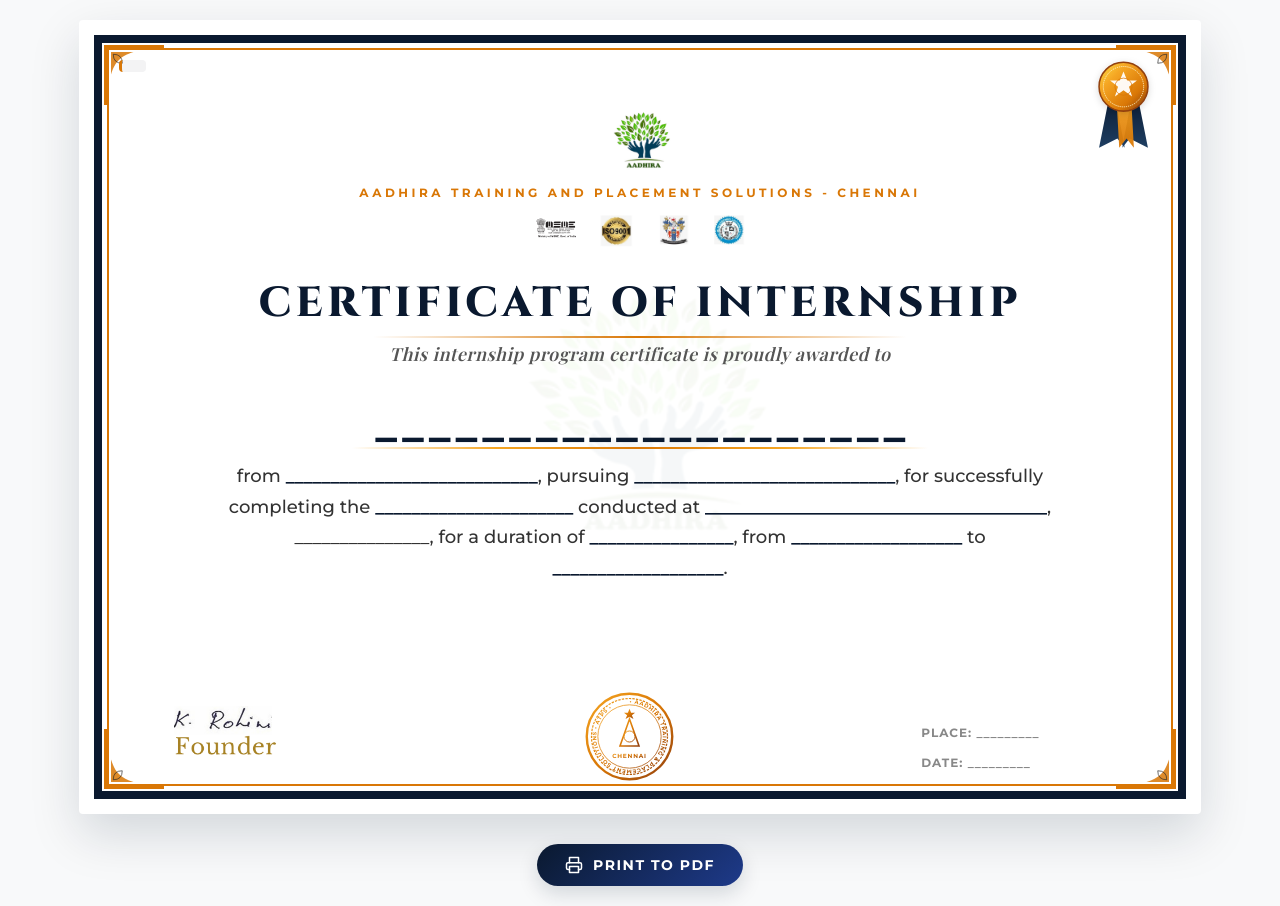
Repository: vimalRaj45/AADHIRA
Page: empt.html
These files come from the project's save history. The page is drawn as it stood at one moment and after the next save; the edit follows.
The browser window is 1280 px wide. The pictures show the whole page.
Some web fonts or font styles are not loaded; a fallback is used.

Above is the page before, as saved 2026-05-20 20:26:05.

### empt.html
<!DOCTYPE html>
<html lang="en">
<head>
  <meta charset="UTF-8">
  <meta name="viewport" content="width=device-width, initial-scale=1.0">
  <title>Certificate of Internship</title>

  <!-- Google Fonts for high-end look -->
  <link rel="preconnect" href="https://fonts.googleapis.com">
  <link rel="preconnect" href="https://fonts.gstatic.com" crossorigin>
  <link href="https://fonts.googleapis.com/css2?family=Cinzel:wght@600;700;800&family=Great+Vibes&family=Montserrat:wght@400;500;600;700&family=Playfair+Display:ital,wght@0,600;0,700;1,500;1,600&family=Alex+Brush&family=Mrs+Saint+Delafield&display=swap" rel="stylesheet">

  <!-- qrcode.js CDN -->
  <script src="https://cdnjs.cloudflare.com/ajax/libs/qrcodejs/1.0.0/qrcode.min.js"></script>

  <style>
    /* Styling for Screen Preview */
    :root {
      --navy: #0A192F;
      --gold: #D97706;
      --gold-light: #F5A623;
      --accent: #E07A5F;
      --bg: #F8F9FA;
      --paper: #FFFFFF;
    }

    * {
      box-sizing: border-box;
      margin: 0;
      padding: 0;
    }

    body {
      background-color: var(--bg);
      font-family: 'Montserrat', sans-serif;
      display: flex;
      flex-direction: column;
      align-items: center;
      justify-content: center;
      min-height: 100vh;
      padding: 20px;
    }

    /* Fixed Landscape A4 Dimensions for Preview */
    .cert-container {
      width: 297mm;
      height: 210mm;
      background: var(--paper);
      position: relative;
      overflow: hidden;
      box-shadow: 0 20px 50px rgba(10, 25, 47, 0.15);
      border-radius: 4px;
      display: flex;
      flex-direction: column;
      justify-content: space-between;
      padding: 40px;
    }

    /* Outer Borders */
    .border-outer {
      position: absolute;
      top: 15px;
      left: 15px;
      right: 15px;
      bottom: 15px;
      border: 8px solid var(--navy);
      pointer-events: none;
    }

    .border-inner {
      position: absolute;
      top: 28px;
      left: 28px;
      right: 28px;
      bottom: 28px;
      border: 2px solid var(--gold);
      pointer-events: none;
    }

    /* Border Corner Decorations */
    .corner-dec {
      position: absolute;
      width: 60px;
      height: 60px;
      border: 3px solid var(--gold);
      pointer-events: none;
    }

    .corner-tl {
      top: 25px;
      left: 25px;
      border-right: none;
      border-bottom: none;
    }

    .corner-tr {
      top: 25px;
      right: 25px;
      border-left: none;
      border-bottom: none;
    }

    .corner-bl {
      bottom: 25px;
      left: 25px;
      border-right: none;
      border-top: none;
    }

    .corner-br {
      bottom: 25px;
      right: 25px;
      border-left: none;
      border-top: none;
    }

    /* Decorative Corner SVG Accents */
    .corner-svg {
      position: absolute;
      width: 45px;
      height: 45px;
      fill: var(--gold);
      opacity: 0.85;
    }
    .svg-tl { top: 32px; left: 32px; }
    .svg-tr { top: 32px; right: 32px; transform: rotate(90deg); }
    .svg-bl { bottom: 32px; left: 32px; transform: rotate(-90deg); }
    .svg-br { bottom: 32px; right: 32px; transform: rotate(180deg); }

    /* Watermark background using your real corporate Aadhira Tree logo */
    .watermark {
      position: absolute;
      top: 50%;
      left: 50%;
      transform: translate(-50%, -50%);
      width: 340px;
      height: 340px;
      pointer-events: none;
      z-index: 1;
      opacity: 0.04;
      background-image: url('logos.png');
      background-size: 400% 100%;
      background-position: 0% 0%;
      background-repeat: no-repeat;
    }

    /* Header Layout */
    .header {
      display: flex;
      justify-content: center; /* PERFECT CENTER */
      align-items: center;
      z-index: 2;
      position: relative;
      width: 100%;
      height: 110px;
    }

    .cert-id {
      position: absolute;
      left: 0;
      top: 0;
      font-size: 14px;
      color: var(--navy);
      font-weight: 700;
      letter-spacing: 1.5px;
      background: rgba(10, 25, 47, 0.05);
      padding: 6px 12px;
      border-radius: 4px;
      border-left: 3px solid var(--gold);
    }

    .header-branding {
      display: flex;
      flex-direction: column;
      align-items: center;
      text-align: center;
    }

    /* Brand Logo & Accreditations Sprites */
    .logo-sprite {
      background-image: url('logos.png');
      background-size: 400% 100%;
      background-repeat: no-repeat;
      display: inline-block;
      mix-blend-mode: multiply;
    }

    .logo-aadhira {
      background-position: 0% 0%;
      width: 80px;
      height: 80px;
      margin-top: 120px;
      margin-bottom: 2px;
    }

    .company-subtitle {
      font-size: 12px;
      color: var(--gold);
      font-weight: 700;
      text-transform: uppercase;
      letter-spacing: 3.5px;
      margin-top: 2px;
      margin-bottom: 6px;
    }

    /* Center-Aligned Accreditation Badges */
    .accreditations {
      display: flex;
      gap: 12px;
      justify-content: center;
      align-items: center;
    }

    .logo-iso {
      background-position: 33.33% 0%;
      width: 44px;
      height: 44px;
    }

    .logo-arms {
      background-position: 66.66% 0%;
      width: 44px;
      height: 44px;
    }

    .logo-uk {
      background-position: 100% 0%;
      width: 44px;
      height: 44px;
    }

    .logo-msme {
      height: 44px;
      mix-blend-mode: multiply;
      object-fit: contain;
    }

    .medal-container {
      position: absolute;
      right: 0;
      top: -10px;
      width: 80px;
      height: 100px;
      display: flex;
      justify-content: flex-end;
    }

    /* Body/Content Layout */
    .content {
      text-align: center;
      z-index: 2;
      position: relative;
      margin-top: 5px;
      margin-bottom: 5px;
    }

    .title {
      font-family: 'Cinzel', serif;
      font-size: 42px;
      font-weight: 800;
      color: var(--navy);
      letter-spacing: 4px;
      margin-bottom: 10px;
      position: relative;
      display: inline-block;
    }

    .title::after {
      content: '';
      position: absolute;
      bottom: -6px;
      left: 15%;
      width: 70%;
      height: 2px;
      background: linear-gradient(90deg, transparent, var(--gold), transparent);
    }

    .subtitle {
      font-family: 'Playfair Display', serif;
      font-size: 18px;
      font-style: italic;
      color: #555;
      margin-bottom: 20px;
      letter-spacing: 0.5px;
    }

    .recipient-name {
      font-family: 'Playfair Display', serif;
      font-size: 44px;
      font-weight: 700;
      color: var(--navy);
      margin-bottom: 16px;
      display: inline-block;
      position: relative;
      padding: 0 20px;
    }

    .recipient-name::after {
      content: '';
      position: absolute;
      bottom: -4px;
      left: 0;
      width: 100%;
      height: 2.2px;
      background: linear-gradient(90deg, transparent, var(--gold-light), var(--gold), var(--gold-light), transparent);
    }

    .achievement-text {
      font-family: 'Montserrat', sans-serif;
      font-size: 18px;
      color: #333;
      line-height: 1.7;
      max-width: 860px;
      margin: 0 auto;
      font-weight: 500;
    }

    .highlight {
      font-weight: 700;
      color: var(--navy);
    }

    /* Bottom Section Layout */
    .footer {
      display: flex;
      justify-content: space-between;
      align-items: flex-end;
      z-index: 2;
      position: relative;
    }

    .signatory-block {
      width: 220px;
      text-align: center;
    }

    .signature-container {
      height: 60px;
      display: flex;
      align-items: flex-end;
      justify-content: center;
      margin-bottom: 8px;
    }

    /* Handwritten signature image displaying K. Rohini nicely overlayed */
    .signature-img {
      max-width: 150px;
      max-height: 60px;
      object-fit: contain;
      mix-blend-mode: multiply; /* Blends background color out */
    }

    .sign-line {
      border-top: 1.5px solid rgba(10, 25, 47, 0.3);
      padding-top: 6px;
    }

    .sign-name {
      font-size: 14px;
      font-weight: 700;
      color: var(--navy);
      text-transform: uppercase;
      letter-spacing: 1px;
    }

    .sign-designation {
      font-size: 12px;
      color: #666;
      margin-top: 2px;
      font-weight: 500;
    }

    .seal-block {
      width: 140px;
      display: flex;
      flex-direction: column;
      align-items: center;
      justify-content: center;
      margin-bottom: -10px;
    }

    .verification-block {
      display: flex;
      align-items: flex-end;
      gap: 15px;
      width: 240px;
    }

    .verification-details {
      text-align: left;
    }

    .verif-label {
      font-size: 10px;
      font-weight: 700;
      color: var(--navy);
      text-transform: uppercase;
      letter-spacing: 1px;
      margin-bottom: 4px;
    }

    .verif-link {
      font-size: 10px;
      color: #666;
      text-decoration: none;
      word-break: break-all;
      font-family: monospace;
      font-weight: 500;
      line-height: 1.3;
      display: block;
      max-width: 150px;
    }

    .verif-link:hover {
      color: var(--gold);
    }

    .qrcode-container {
      background: white;
      padding: 6px;
      border: 1px solid rgba(10, 25, 47, 0.12);
      border-radius: 4px;
      box-shadow: 0 4px 10px rgba(0,0,0,0.05);
      display: flex;
      align-items: center;
      justify-content: center;
    }

    /* Print & Floating Controls */
    .controls {
      margin-top: 30px;
      display: flex;
      gap: 15px;
      z-index: 10;
    }

    .btn {
      padding: 12px 28px;
      font-family: 'Montserrat', sans-serif;
      font-size: 14px;
      font-weight: 700;
      text-transform: uppercase;
      letter-spacing: 1.5px;
      border: none;
      border-radius: 50px;
      cursor: pointer;
      box-shadow: 0 8px 20px rgba(10, 25, 47, 0.15);
      transition: all 0.3s ease;
      display: flex;
      align-items: center;
      gap: 10px;
      text-decoration: none;
    }

    .btn-print {
      background: linear-gradient(135deg, var(--navy), #1E3A8A);
      color: white;
    }

    .btn-print:hover {
      transform: translateY(-2px);
      box-shadow: 0 12px 25px rgba(10, 25, 47, 0.25);
    }

    /* Print styling rules */
    @media print {
      body {
        background: none;
        padding: 0;
        margin: 0;
        width: 297mm;
        height: 210mm;
      }

      .cert-container {
        width: 297mm;
        height: 210mm;
        box-shadow: none;
        border-radius: 0;
        position: absolute;
        top: 0;
        left: 0;
        margin: 0;
        padding: 40px;
        page-break-after: always;
        -webkit-print-color-adjust: exact;
        print-color-adjust: exact;
      }

      .no-print {
        display: none !important;
      }
    }

    @page {
      size: A4 landscape;
      margin: 0;
    }
  </style>
</head>
<body>

  <!-- Certificate Container -->
  <div class="cert-container">

    <!-- Borders -->
    <div class="border-outer"></div>
    <div class="border-inner"></div>

    <!-- Corner Decorative Lines -->
    <div class="corner-dec corner-tl"></div>
    <div class="corner-dec corner-tr"></div>
    <div class="corner-dec corner-bl"></div>
    <div class="corner-dec corner-br"></div>

    <!-- Corner Decorative SVGs -->
    <svg class="corner-svg svg-tl" viewBox="0 0 100 100">
      <path d="M 0,0 L 50,0 C 20,10 10,20 0,50 Z" />
      <circle cx="15" cy="15" r="4" />
      <path d="M 5,5 Q 25,5 25,25 Q 5,25 5,5" fill="none" stroke="currentColor" stroke-width="1.5"/>
    </svg>
    <svg class="corner-svg svg-tr" viewBox="0 0 100 100">
      <path d="M 0,0 L 50,0 C 20,10 10,20 0,50 Z" />
      <circle cx="15" cy="15" r="4" />
      <path d="M 5,5 Q 25,5 25,25 Q 5,25 5,5" fill="none" stroke="currentColor" stroke-width="1.5"/>
    </svg>
    <svg class="corner-svg svg-bl" viewBox="0 0 100 100">
      <path d="M 0,0 L 50,0 C 20,10 10,20 0,50 Z" />
      <circle cx="15" cy="15" r="4" />
      <path d="M 5,5 Q 25,5 25,25 Q 5,25 5,5" fill="none" stroke="currentColor" stroke-width="1.5"/>
    </svg>
    <svg class="corner-svg svg-br" viewBox="0 0 100 100">
      <path d="M 0,0 L 50,0 C 20,10 10,20 0,50 Z" />
      <circle cx="15" cy="15" r="4" />
      <path d="M 5,5 Q 25,5 25,25 Q 5,25 5,5" fill="none" stroke="currentColor" stroke-width="1.5"/>
    </svg>

    <!-- Watermark Background using corporate Aadhira Tree logo -->
    <div class="watermark"></div>

    <!-- Top Header -->
    <div class="header">
      <div class="cert-id"></div>

      <div class="header-branding">
        <!-- Render your corporate Aadhira Tree logo via sprite -->
        <div class="logo-sprite logo-aadhira"></div>
        <div class="company-subtitle">AADHIRA TRAINING AND PLACEMENT SOLUTIONS - CHENNAI</div>

        <!-- Accreditation badges horizontally aligned -->
        <div class="accreditations">
          <img src="ministry-of-micro-small-and-medium-enterprises-logo-png.png" class="logo-msme" title="MSME Certified" alt="MSME Logo">
          <div class="logo-sprite logo-iso" title="ISO 9001:2015 Certified"></div>
          <div class="logo-sprite logo-arms" title="International Standards Certified"></div>
          <div class="logo-sprite logo-uk" title="Euro UK Accreditation Licensed"></div>
        </div>
      </div>

      <!-- Gold Medal Ribbon -->
      <div class="medal-container">
        <svg viewBox="0 0 120 180" width="75" height="110">
          <defs>
            <linearGradient id="goldGrad" x1="0%" y1="0%" x2="100%" y2="100%">
              <stop offset="0%" stop-color="#FDE047"/>
              <stop offset="30%" stop-color="#F5A623"/>
              <stop offset="70%" stop-color="#D97706"/>
              <stop offset="100%" stop-color="#78350F"/>
            </linearGradient>
            <linearGradient id="ribbonGrad1" x1="0%" y1="0%" x2="0%" y2="100%">
              <stop offset="0%" stop-color="#0A192F"/>
              <stop offset="100%" stop-color="#1E3E62"/>
            </linearGradient>
            <linearGradient id="ribbonGrad2" x1="0%" y1="0%" x2="0%" y2="100%">
              <stop offset="0%" stop-color="#F5A623"/>
              <stop offset="100%" stop-color="#D97706"/>
            </linearGradient>
          </defs>
          <!-- Ribbons -->
          <path d="M38 70 L20 160 L50 145 L62 160 L45 70" fill="url(#ribbonGrad1)"/>
          <path d="M82 70 L100 160 L70 145 L58 160 L75 70" fill="url(#ribbonGrad1)"/>
          <path d="M48 70 L53 160 L65 145 L77 160 L72 70" fill="url(#ribbonGrad2)" opacity="0.95"/>
          <!-- Medal Outer -->
          <circle cx="60" cy="60" r="40" fill="url(#goldGrad)" stroke="#92400E" stroke-width="2.5" filter="drop-shadow(0 3px 6px rgba(0,0,0,0.15))"/>
          <!-- Medal Ridges -->
          <circle cx="60" cy="60" r="33" fill="none" stroke="#FEF3C7" stroke-width="1.5" stroke-dasharray="2 1.5"/>
          <!-- Medal Emblem -->
          <polygon points="60,35 66,50 82,50 69,60 74,76 60,66 46,76 51,60 38,50 54,50" fill="#FFF" opacity="0.95"/>
          <circle cx="60" cy="60" r="14" fill="none" stroke="#D97706" stroke-width="1.2"/>
        </svg>
      </div>
    </div>

    <!-- Main Content Area -->
    <div class="content">
      <h1 class="title">CERTIFICATE OF INTERNSHIP</h1>
      <p class="subtitle">This internship program certificate is proudly awarded to</p>

      <div class="recipient-name">____________________</div>

      <p class="achievement-text">
        from <span class="highlight">____________________________</span>, pursuing <span class="highlight">_____________________________</span>,
        for successfully completing the <span class="highlight">______________________</span>
        conducted at <span class="highlight">______________________________________</span>,
        _______________, for a duration of <span class="highlight">________________</span>,
        from <span class="highlight">___________________</span> to <span class="highlight">___________________</span>.
      </p>
    </div>

    <!-- Bottom Footer Section -->
    <div class="footer">

      <!-- Signature Block -->
      <div class="signatory-block">
        <div class="signature-container">
          <!-- Render your brand's handwritten signature image -->
          <img src="signature.png" class="signature-img" alt="Signature of K. Rohini">
        </div>
      </div>

      <!-- Company Seal -->
      <div class="seal-block">
        <svg viewBox="0 0 120 120" width="95" height="95">
          <defs>
            <linearGradient id="sealGrad" x1="0%" y1="0%" x2="100%" y2="100%">
              <stop offset="0%" stop-color="#F5A623"/>
              <stop offset="50%" stop-color="#D97706"/>
              <stop offset="100%" stop-color="#92400E"/>
            </linearGradient>
          </defs>
          <circle cx="60" cy="60" r="54" fill="none" stroke="url(#sealGrad)" stroke-width="3"/>
          <circle cx="60" cy="60" r="48" fill="none" stroke="url(#sealGrad)" stroke-width="1.5" stroke-dasharray="3 1.5"/>
          <circle cx="60" cy="60" r="40" fill="none" stroke="url(#sealGrad)" stroke-width="1"/>

          <!-- Curved text using SVG path -->
          <path id="sealTextPath-1" d="M60 18 A42 42 0 0 1 102 60 A42 42 0 0 1 60 102 A42 42 0 0 1 18 60 A42 42 0 0 1 60 18 Z" fill="none"/>
          <text fill="url(#sealGrad)" font-family="'Montserrat', sans-serif" font-size="6.8" font-weight="700" letter-spacing="0.8">
            <textPath href="#sealTextPath-1" startOffset="0%">• AADHIRA TRAINING & PLACEMENT SOLUTIONS • ATPS •</textPath>
          </text>

          <!-- Star and Seal Center Logo -->
          <path d="M60 38 L72 72 L48 72 Z" fill="none" stroke="url(#sealGrad)" stroke-width="2"/>
          <circle cx="60" cy="60" r="7" fill="none" stroke="url(#sealGrad)" stroke-width="1.2"/>
          <path d="M60 25 L62 30 L67 30 L63 33 L65 38 L60 35 L55 38 L57 33 L53 30 L58 30 Z" fill="url(#sealGrad)"/>
          <text x="60" y="87" text-anchor="middle" fill="url(#sealGrad)" font-family="'Montserrat', sans-serif" font-size="7.5" font-weight="800" letter-spacing="1">CHENNAI</text>
        </svg>
      </div>

      <!-- Verification QR & Details -->
      <div class="verification-block">
        <div class="verification-details">
             <div class="verif-label" style="margin-top: 12px; font-size: 12px; color: #888; margin-bottom: 15px;">Place: _________</div>
             <div class="verif-label" style="font-size: 12px; color: #888;">Date: _________</div>
        </div>
      </div>

    </div>

  </div>

  <!-- Print Button (Hidden on Print) -->
  <div class="controls no-print">
    <button class="btn btn-print" onclick="window.print()">
      <svg width="18" height="18" viewBox="0 0 24 24" fill="none" stroke="currentColor" stroke-width="2" stroke-linecap="round" stroke-linejoin="round">
        <polyline points="6 9 6 2 18 2 18 9"></polyline>
        <path d="M6 18H4a2 2 0 0 1-2-2v-5a2 2 0 0 1 2-2h16a2 2 0 0 1 2 2v5a2 2 0 0 1-2 2h-2"></path>
        <rect x="6" y="14" width="12" height="8"></rect>
      </svg>
      Print to PDF
    </button>
  </div>

  <!-- Dynamic QR Code Script -->
  <script>
    document.addEventListener("DOMContentLoaded", function() {
      const qrcodeEl = document.getElementById("qrcode-1");
      if (qrcodeEl) {
        new QRCode(qrcodeEl, {
          text: "https://aadhira.onrender.com/verify?cert=ATPS/2026/000001",
          width: 60,
          height: 60,
          colorDark : "#0A192F",
          colorLight : "#FFFFFF",
          correctLevel : QRCode.CorrectLevel.H
        });
      }
    });
  </script>

</body>
</html>

After the next save:
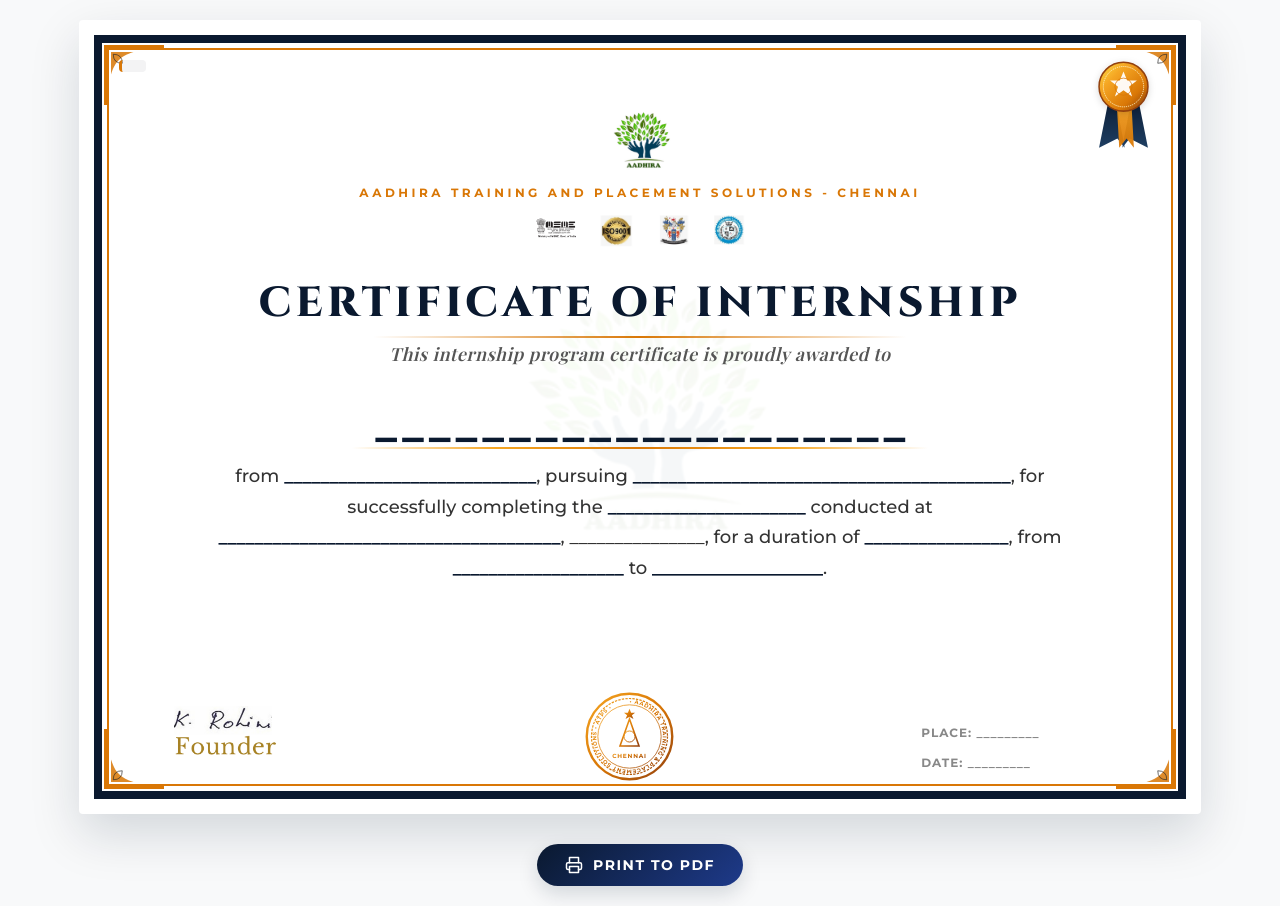
Saved 11 s later.
--- a/empt.html
+++ b/empt.html
@@ -598,7 +598,7 @@
       <div class="recipient-name">____________________</div>
 
       <p class="achievement-text">
-        from <span class="highlight">____________________________</span>, pursuing <span class="highlight">_____________________________</span>,
+        from <span class="highlight">____________________________</span>, pursuing <span class="highlight">__________________________________________</span>,
         for successfully completing the <span class="highlight">______________________</span>
         conducted at <span class="highlight">______________________________________</span>,
         _______________, for a duration of <span class="highlight">________________</span>,
